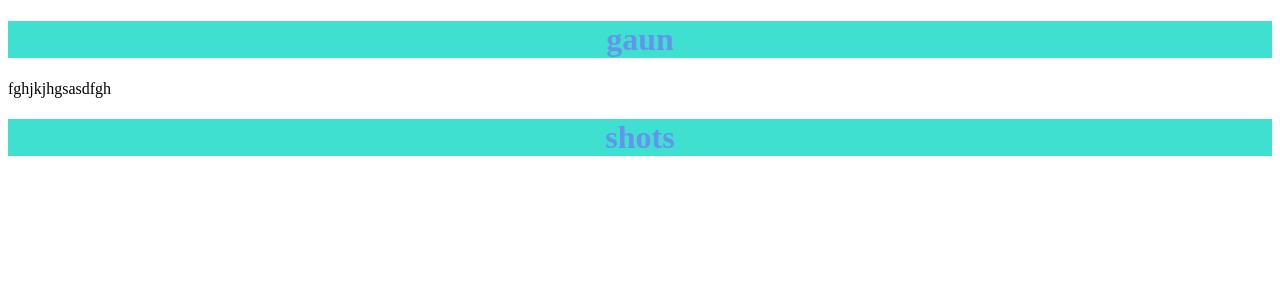
Repository: pratixa-chauhan/practice
Page: style/id.html
An editor plug-in stored every save of this project. The page is shown before and after the next save, followed by the edit.
The browser window is 1280 px wide. The pictures show the whole page.

Above is the page before, as saved 2021-12-17 14:39:27.

After the next save:
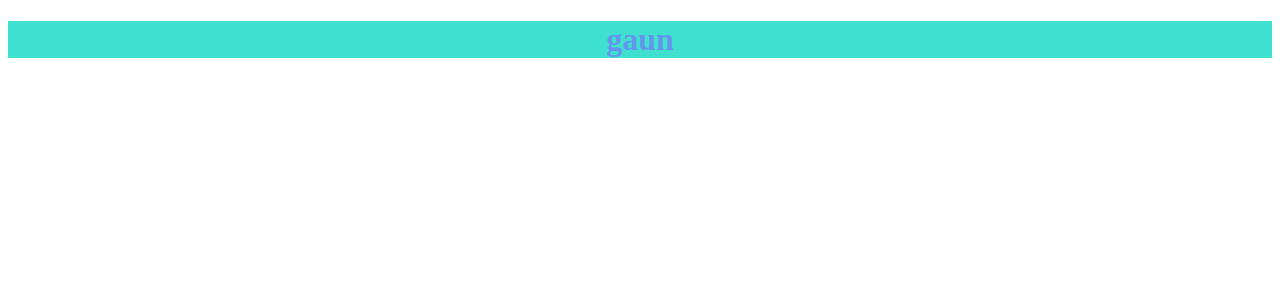
Saved 95 s later.
--- a/style/id.html
+++ b/style/id.html
@@ -12,7 +12,7 @@
     </head>
     <body>
         <h1 id="cloth">gaun</h1>
-        <p>fghjkjhgsasdfgh</p>
-        <h1 id="cloth">shots</h1>
+
+
     </body>
 </html>
